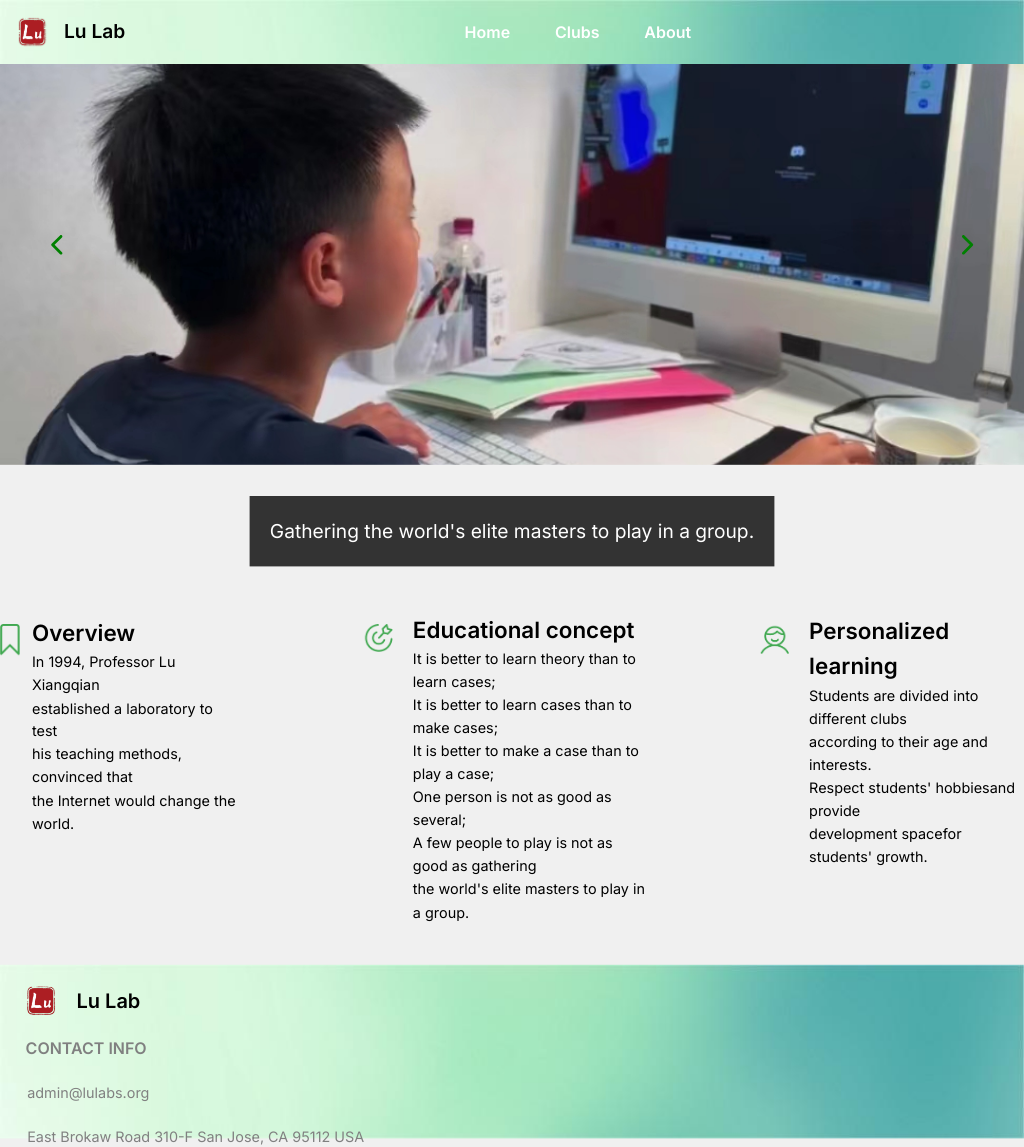
Repository: proflulab/lulab_website_next_js
Page: /
An editor plug-in stored every save of this project. The page is shown before and after the next save, followed by the edit.
The browser window is 1280 px wide. The pictures show the whole page, at 80% of full size.
The project was rebuilt for these pictures with package versions that can differ from the ones it lists, and the page was loaded fresh each time. The framework's server and built-in components were replaced by stand-ins that run in the browser. Also part of the build but not shown: next.config.js, next.config.mjs.

Above is the page before, as saved 2023-12-27 21:22:26.

After the next save:
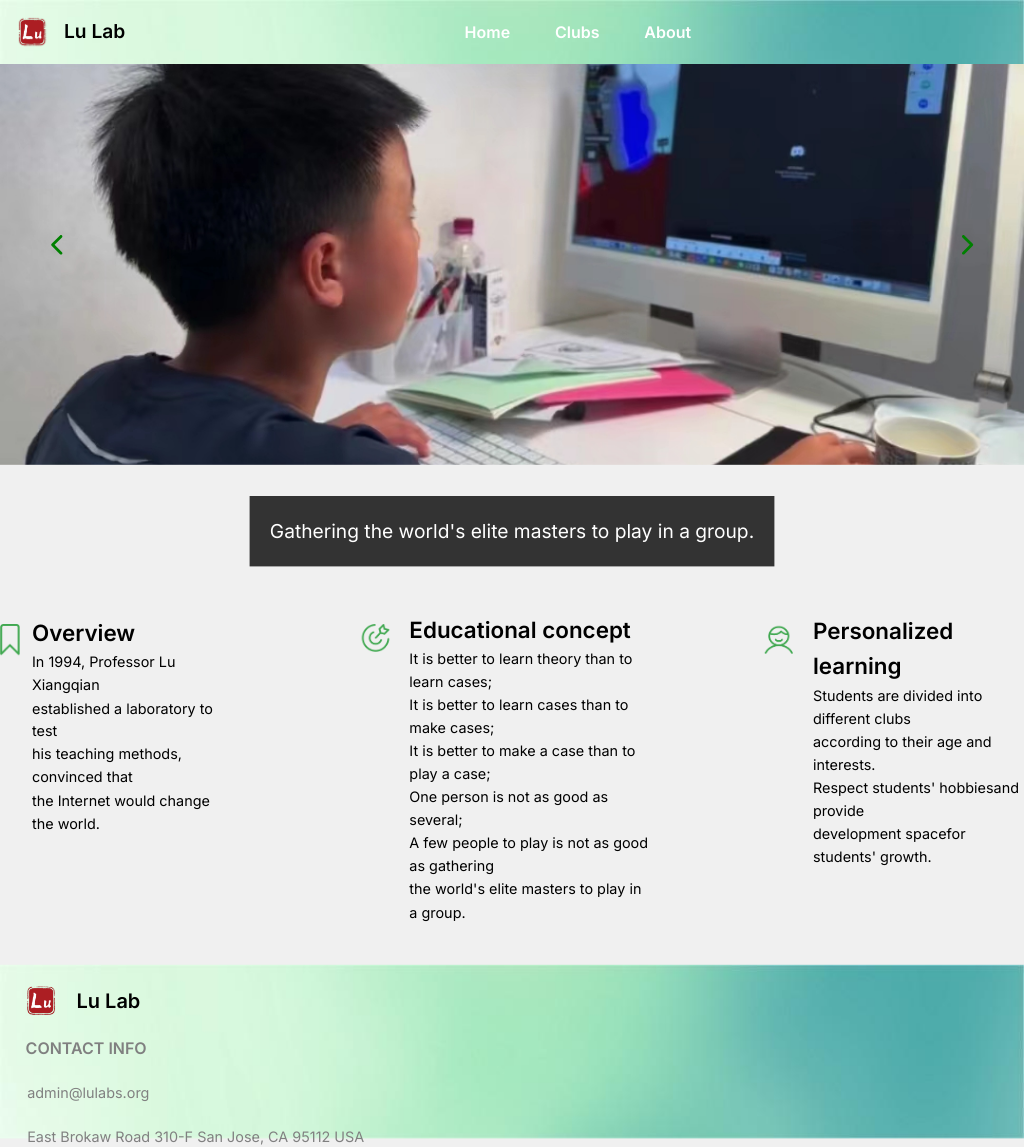
Saved 7 s later.
--- a/app/page.tsx
+++ b/app/page.tsx
@@ -330,7 +330,7 @@ const Home: React.FC = () => {
                 </p>
               </div>
             </div>
-            <div style={{ flex: "1.2", marginRight: "140px" }}>
+            <div style={{ flex: "1.25", marginRight: "140px" }}>
               {" "}
               <Image src="/Edu.png" alt="" width={35} height={35} />
               <div style={{ marginLeft: "60px" }}>
